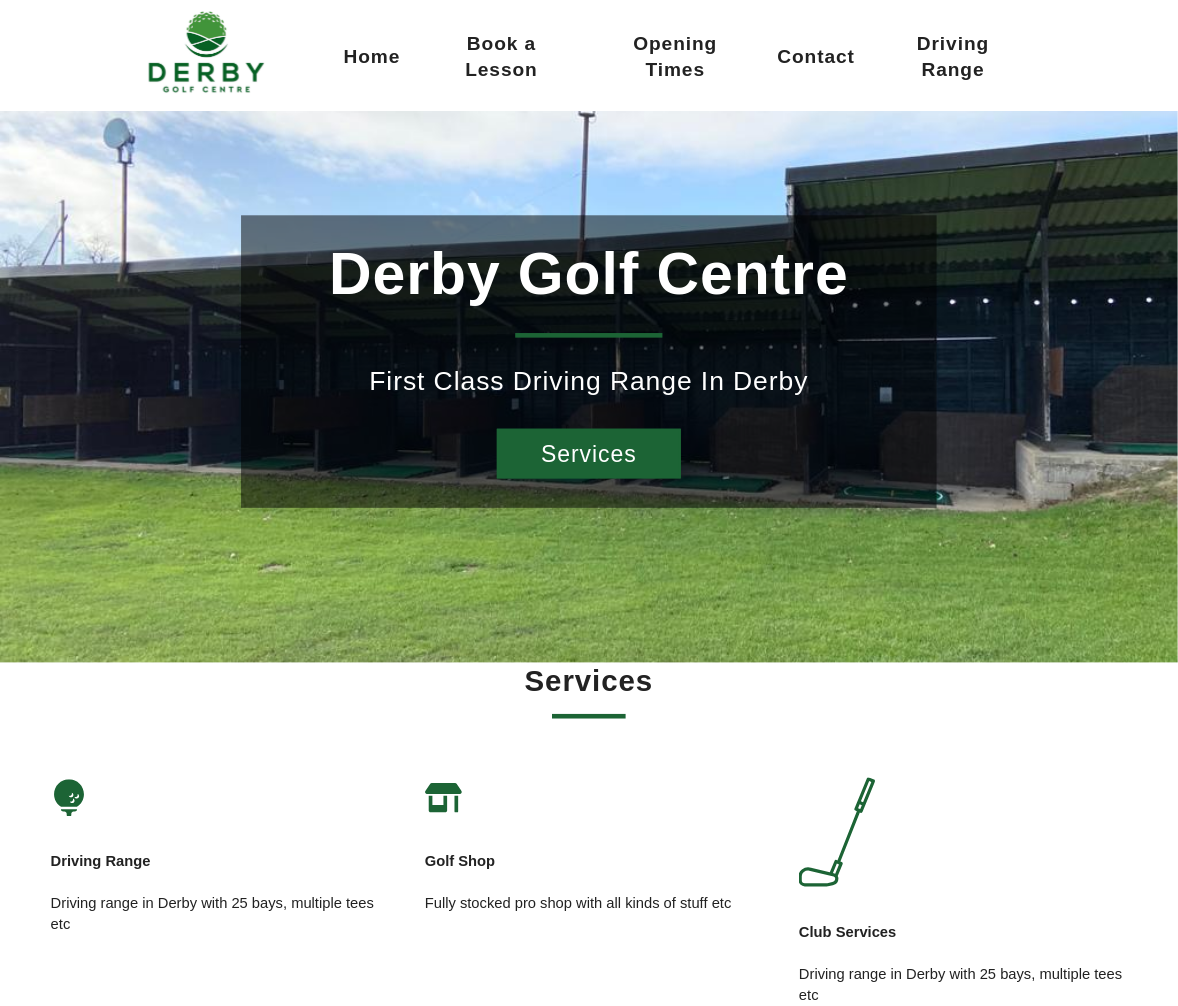
Repository: frankinstyyn/nigeljamesconsulting
Page: /
These files come from the project's save history. The page is drawn as it stood at one moment and after the next save; the edit follows.
The browser window is 1280 px wide. The pictures show the whole page, at 92% of full size.
Some web fonts or font styles are not loaded; a fallback is used. The project was rebuilt for these pictures with package versions that can differ from the ones it lists, and the page was loaded fresh each time. Also part of the build but not shown: src/pages/Lesson.js, src/pages/SingleRoom.js, src/pages/Error.js.

Above is the page before, as saved 2021-01-08 17:41:41.

### public/index.html
<!DOCTYPE html>
<html lang="en">
  <head>
    <meta charset="utf-8" />
    <link rel="icon" href="%PUBLIC_URL%/favicon.ico" />
    <meta name="viewport" content="width=device-width, initial-scale=1" />
    <meta name="theme-color" content="#000000" />
    <meta
      name="description"
      content="Web site created using create-react-app"
    />
    <link rel="apple-touch-icon" href="%PUBLIC_URL%/logo192.png" />
    <!--
      manifest.json provides metadata used when your web app is installed on a
      user's mobile device or desktop. See https://developers.google.com/web/fundamentals/web-app-manifest/
    -->
    <link rel="manifest" href="%PUBLIC_URL%/manifest.json" />
    <!--
      Notice the use of %PUBLIC_URL% in the tags above.
      It will be replaced with the URL of the `public` folder during the build.
      Only files inside the `public` folder can be referenced from the HTML.

      Unlike "/favicon.ico" or "favicon.ico", "%PUBLIC_URL%/favicon.ico" will
      work correctly both with client-side routing and a non-root public URL.
      Learn how to configure a non-root public URL by running `npm run build`.
    -->
    <title>Derby Golf Centre</title>
  </head>
  <body>
    <noscript>You need to enable JavaScript to run this app.</noscript>
    <div id="root"></div>
    <!--
      This HTML file is a template.
      If you open it directly in the browser, you will see an empty page.

      You can add webfonts, meta tags, or analytics to this file.
      The build step will place the bundled scripts into the <body> tag.

      To begin the development, run `npm start` or `yarn start`.
      To create a production bundle, use `npm run build` or `yarn build`.
    -->
  </body>
</html>

### src/index.js
import React from "react";
import ReactDOM from "react-dom";
import "./index.css";
import { BrowserRouter as Router } from "react-router-dom";
import App from "./App";
import reportWebVitals from "./reportWebVitals";

ReactDOM.render(
  <Router>
    <App />
  </Router>,
  document.getElementById("root")
);

// If you want to start measuring performance in your app, pass a function
// to log results (for example: reportWebVitals(console.log))
// or send to an analytics endpoint. Learn more: https://bit.ly/CRA-vitals
reportWebVitals();

### src/index.css
@import url("https://fonts.googleapis.com/css2?family=Darker+Grotesque:wght@300;800&display=swap");

body {
  margin: 0;
  font-family: -apple-system, BlinkMacSystemFont, "Segoe UI", "Roboto", "Oxygen",
    "Ubuntu", "Cantarell", "Fira Sans", "Droid Sans", "Helvetica Neue",
    sans-serif;
  -webkit-font-smoothing: antialiased;
  -moz-osx-font-smoothing: grayscale;
}

code {
  font-family: source-code-pro, Menlo, Monaco, Consolas, "Courier New",
    monospace;
}

### src/App.js
import "./App.css";
import Home from "./pages/Home";
import Lesson from "./pages/Lesson";
import SingleRoom from "./pages/SingleRoom";
import Error from "./pages/Error";

import { Route, Switch } from "react-router-dom";

import Navbar from "./components/Navbar";

function App() {
  return (
    <>
      <Navbar />
      <Switch>
        <Route exact path="/" component={Home} />
        <Route exact path="/lesson" component={Lesson} />
        <Route exact path="/lesson/:slug" component={SingleRoom} />
        <Route component={Error} />
      </Switch>
    </>
  );
}

export default App;

### src/App.css
* {
  margin: 0;
  padding: 0;
  box-sizing: border-box;
  font-family: "Darker Grotesque", sans-serif;
}
:root {
  --primaryColor: #1c6435;
  --mainWhite: #fff;
  --offWhite: #f7f7f7;
  --mainBlack: #222;
  --mainGrey: #ececec;
  --darkGrey: #cfcfcf;
  --mainTransition: all 0.3s linear;
  --mainSpacing: 1px;
  --lightShadow: 2px 5px 3px 0px rgba(0, 0, 0, 0.5);
  --darkShadow: 4px 10px 5px 0px rgba(0, 0, 0, 0.5);
}
/* globals */
body {
  padding-top: 66px;
  color: var(--mainBlack);
  background: var(--mainWhite);
  font-family: Verdana, Geneva, Tahoma, sans-serif;
  line-height: 1.4;
}
h1 {
  font-size: 3em;
  line-height: 1;
  margin-bottom: 0.5em;
}
h2 {
  font-size: 2em;
  margin-bottom: 0.75em;
}
h3 {
  font-size: 1.5em;
  line-height: 1;
  margin-bottom: 1em;
}
h4 {
  font-size: 1.2em;
  line-height: 1.25;
  margin-bottom: 1.25em;
}
h5 {
  font-size: 1em;
  font-weight: bold;
  margin-bottom: 1.5em;
}
h6 {
  font-size: 1em;
  font-weight: bold;
  margin-bottom: 1.5em;
}

.btn-primary {
  display: inline-block;
  text-decoration: none;
  letter-spacing: var(--mainSpacing);
  color: var(--mainWhite);
  background: var(--primaryColor);
  padding: 0.4rem 0.9rem;
  border: 3px solid var(--primaryColor);
  transition: var(--mainTransition);
  /* text-transform: uppercase; */
  cursor: pointer;
  width: 200px;
  font-size: 25px;
}
.btn-primary:hover {
  background: transparent;
  color: var(--primaryColor);
}
.loading {
  text-transform: capitalize;
  text-align: center;
  margin-top: 3rem;
}
.error {
  text-align: center;
  text-transform: uppercase;
  margin: 2rem 0;
}
.empty-search {
  text-align: center;
  text-transform: capitalize;
  margin: 2rem 0;
  padding: 1rem;
  letter-spacing: var(--mainSpacing);
}
/* end of globals */
/* Navbar */
.logo {
  height: 91px;
}
.navbar {
  position: fixed;
  top: 0;
  left: 0;
  width: 100%;
  padding: 0.75rem 2rem;
  background: var(--mainWhite);
  z-index: 1;
  display: inline-block;
  vertical-align: middle;
  text-align: center;
}
.nav-header {
  display: flex;
  justify-content: space-between;
}
.nav-btn {
  background: transparent;
  border: none;
  cursor: pointer;
  outline: none;
  color: red;
}
.nav-icon {
  font-size: 1.5rem;
  color: var(--primaryColor);
}
.nav-links {
  height: 0;
  overflow: hidden;
  transition: var(--mainTransition);
  list-style-type: none;
  align-items: center;
}
.nav-links a {
  display: block;
  text-decoration: none;
  padding: 1rem;
  color: var(--mainBlack);
  transition: var(--mainTransition);
  text-align: center;
  font-size: 1.3rem;
  font-weight: 600;
  letter-spacing: var(--mainSpacing);
}
.nav-links a:hover {
  color: var(--mainWhite);
  background: var(--primaryColor);
}

.show-nav {
  height: 310px;
}
@media screen and (min-width: 1028px) {
  .nav-btn {
    display: none;
  }
  .nav-center {
    max-width: 1170px;
    margin: 0 10%;
    display: flex;
  }
  .nav-links {
    height: auto;
    display: flex;
    margin-left: 4rem;
  }
  .nav-links a {
    /* margin: 0 1rem; */
    padding: 1rem;
  }
}
/* end of navbar */
/* Hero */
.defaultHero,
.lessonHero {
  min-height: calc(100vh - 66px);
  background: url("./images/defaultBcg.jpeg") center/cover no-repeat;
  display: flex;
  align-items: center;
  justify-content: center;
}
.lessonHero {
  background-image: url("./images/room-2.jpeg");
  /* min-height: 60vh; */
}
/* End of Hero */
/* Banner */
.banner {
  display: inline-block;
  background: rgba(0, 0, 0, 0.5);
  color: var(--mainWhite);
  padding: 2rem 1rem;
  text-align: center;
  text-transform: capitalize;
  letter-spacing: var(--mainSpacing);
}
.banner h1 {
  font-size: 2.5rem;
}
.banner div {
  width: 10rem;
  height: 5px;
  background: var(--primaryColor);
  margin: 1.7rem auto;
}
.banner p {
  font-size: 1.8rem;
  margin-bottom: 2rem;
}
@media screen and (min-width: 576px) {
  .banner {
    padding: 2rem 3rem;
  }
  .banner h1 {
    font-size: 3rem;
  }
}
@media screen and (min-width: 992px) {
  .banner {
    padding: 2rem 6rem;
  }
  .banner h1 {
    font-size: 4rem;
  }
}
/* End of Banner */
/* Title */
.section-title {
  text-align: center;
  margin-bottom: 4rem;
}
.section-title h4 {
  font-size: 2rem;
  letter-spacing: var(--mainSpacing);
  text-transform: capitalize;
  margin-bottom: 1rem;
}
.section-title div {
  width: 5rem;
  height: 5px;
  margin: 0 auto;
  background: var(--primaryColor);
}
/* end of Title */

/* services */
.services {
  padding: 5rem 0;
}
.services {
  background: var(--darkGrey);
  text-align: center;
}
.services-center {
  width: 90vw;
  margin: 0 auto;
  display: grid;
  grid-template-columns: repeat(auto-fit, minmax(255px, 1fr));
  grid-row-gap: 2rem;
  grid-column-gap: 50px;
}
.service span {
  display: inline-block;
  color: var(--primaryColor);
  font-size: 2.5rem;
  margin-bottom: 1.5rem;
}
.services h6 {
  letter-spacing: var(--mainSpacing);
}
.services p {
  width: 80%;
  margin: 0 auto;
}

.services img {
  width: 50px;
}
@media screen and (min-width: 992px) {
  .services-center {
    width: 95vw;
    max-width: 1170px;
  }
}

@media screen and (min-width: 1200px) {
  .services p {
    width: 100%;
  }
}
/*end of services */
/* featured rooms */

.featured-rooms {
  padding: 5rem 0;
}
.featured-rooms-center {
  width: 80vw;
  margin: 0 auto;
  display: grid;
  grid-template-columns: repeat(auto-fit, minmax(270px, 1fr));
  grid-row-gap: 2rem;
  grid-column-gap: 40px;
}
@media screen and (min-width: 776px) {
  .featured-rooms-center {
    width: 90vw;
    grid-template-columns: repeat(auto-fit, minmax(330px, 1fr));
  }
}
@media screen and (min-width: 992px) {
  .featured-rooms-center {
    width: 95vw;
    max-width: 1170px;
  }
}
/* end pf featured rooms */
/* room */
.room {
  box-shadow: var(--lightShadow);
  transition: var(--mainTransition);
}
.room:hover {
  box-shadow: var(--darkShadow);
}

.img-container {
  position: relative;
}
.img-container img {
  width: 100%;
  display: block;
  transition: var(--mainTransition);
}
.price-top {
  position: absolute;
  top: 0;
  left: 0;
  background: rgba(0, 0, 0, 0.8);
  color: var(--mainWhite);
  padding: 0.3rem 0.6rem 0.5rem;
  border-bottom-right-radius: 1rem;
  font-size: 0.5rem;
  text-align: center;
  transition: var(--mainTransition);
}
.price-top h6 {
  margin-bottom: 0;
  font-size: 0.9rem;
  font-weight: 300;
  letter-spacing: var(--mainSpacing);
}
.room-link {
  position: absolute;
  top: 50%;
  left: 50%;
  transform: scale(0);
  transition: all 0.3s linear;
}
.img-container:hover {
  background: rgba(0, 0, 0, 0.8);
}
.img-container:hover img {
  opacity: 0.3;
}
.img-container:hover .price-top {
  opacity: 0;
}
.img-container:hover .room-link {
  transform: translate(-50%, -50%) scale(1);
}
.room-info {
  background: var(--darkGrey);
  text-transform: capitalize;
  padding: 0.5rem 0;
  text-align: center;
  font-weight: 700;
  letter-spacing: var(--mainSpacing);
}
/* end of room  */
/* single room*/

.single-room {
  padding: 5rem 0 0 0;
}
.single-room-images {
  width: 80vw;
  margin: 0 auto;
  display: grid;
  grid-template-columns: repeat(auto-fit, minmax(350px, 1fr));
  grid-row-gap: 2rem;
  grid-column-gap: 50px;
}
.single-room-images img {
  width: 100%;
  display: block;
}
.single-room-info {
  width: 80vw;
  display: grid;
  grid-template-columns: 1fr;
  margin: 2rem auto;
}
.desc,
.info {
  margin: 1rem 0;
}
.desc h3 {
  text-transform: capitalize;
  letter-spacing: var(--mainSpacing);
}
.desc p {
  line-height: 1.5;
}
.info h3,
.info h6 {
  text-transform: capitalize;
  letter-spacing: var(--mainSpacing);
}

.info h6 {
  font-weight: 300;
}
.room-extras {
  width: 80vw;
  margin: 0 auto 3rem auto;
}
.room-extras h6 {
  text-transform: capitalize;
  letter-spacing: var(--mainSpacing);
}
.extras {
  list-style-type: none;
  display: grid;
  grid-template-columns: repeat(auto-fit, minmax(330px, 1fr));
  grid-column-gap: 2rem;
  grid-row-gap: 1rem;
}
@media screen and (min-width: 992px) {
  .single-room-images,
  .single-room-info,
  .room-extras {
    width: 95vw;
    max-width: 1170px;
  }
  .single-room-info {
    display: grid;
    grid-template-columns: 1fr 1fr;
    grid-column-gap: 2rem;
  }
  .info {
    padding-left: 3rem;
  }
}
/* end of single room*/
/* roomlist */
.roomslist {
  padding: 5rem 0;
}
.roomslist-center {
  width: 80vw;
  margin: 0 auto;
  display: grid;
  grid-template-columns: repeat(auto-fill, minmax(270px, 1fr));
  grid-row-gap: 2rem;
  grid-column-gap: 30px;
}

@media screen and (min-width: 776px) {
  .roomslist-center {
    width: 90vw;
  }
}
@media screen and (min-width: 992px) {
  .roomslist-center {
    width: 95vw;
    max-width: 1170px;
  }
}
/* end of roomlist */
/*  rooms fitler*/
.filter-container {
  padding: 5rem 0;
}
.filter-form {
  width: 60vw;
  margin: 0 auto;
  display: grid;
  grid-template-columns: repeat(auto-fit, minmax(202px, 1fr));
  grid-row-gap: 2rem;
  grid-column-gap: 40px;
}
.form-group {
  text-transform: capitalize;
}
.form-group label {
  display: block;
  letter-spacing: var(--mainSpacing);
  margin-bottom: 0.5rem;
}
.form-control {
  width: 100%;
  background: transparent;
  font-size: 1rem;
}
.size-inputs {
  display: flex;
}
.size-input {
  width: 40%;
  padding: 0.2rem;
  border: 1px solid var(--mainBlack);
  border-radius: 0.3rem;
  margin-right: 0.3rem;
}
.single-extra label {
  display: inline-block;
  font-size: 0.8rem;
  margin-left: 0.5rem;
}
@media screen and (min-width: 776px) {
  .filter-form {
    width: 70vw;
  }
}
@media screen and (min-width: 992px) {
  .filter-form {
    width: 95vw;
    max-width: 1170px;
  }
}
/* end of rooms fitler*/

### src/pages/Home.js
import React from "react";
import Hero from "../components/Hero";
import Banner from "../components/Banner";
import { Link } from "react-router-dom";
import Services from "../components/Services"

export default function Home() {
  return (
    <>
    <Hero hero="defaultHero" >
      <Banner title="Derby Golf Centre" subtitle="First class Driving Range in Derby">
        <Link to="/lesson" className="btn-primary">
          Services
      </Link>
      </Banner>
      </Hero>
      <Services />
      </>
  );
}

### src/components/Navbar.js
import React, { Component } from "react";
// import { IoGolf } from "react-icons/io5";
import logo from "../images/sdrlogo.jpeg";
import { FaAlignRight } from "react-icons/fa";
import { Link } from "react-router-dom";

export default class Navbar extends Component {
  state = {
    isOpen: false,
  }
  handleToggle = () => {
    this.setState({ isOpen: !this.state.isOpen });
  }
  render() {
    return <nav className="navbar">
      <div class="nav-center">
        <div class="nav-header">
          <Link to="/">
            <img className="logo" src={logo} alt="Derby Golf Centre" />
          </Link>
          <button type="button" className="nav-btn" onClick={this.handleToggle}>
            <FaAlignRight className="nav-icon" />
          </button>
        </div>
        <ul className={this.state.isOpen ? "nav-links show-nav" : "nav-links"}>
          <li>
            <Link to="/">Home</Link>
          </li>
          <li>
            <Link to="/lesson">Book a Lesson</Link>
          </li>
          <li>
            <Link to="/opening-times">Opening Times</Link>
          </li>
          <li>
            <Link to="/contact">Contact</Link>
          </li>
          <li>
            <Link to="/driving-range">Driving Range</Link>
          </li>
        </ul>
      </div>
    </nav>;
  }
}

### src/components/Hero.js
import React from 'react'

export default function Hero({children, hero}) {
    return (
        <header className={hero}>{children}</header>
    )
}

### src/components/Banner.js
import React from 'react'

export default function Banner({children,title,subtitle}) {
    return (
        <div className="banner">
            <h1>{title}</h1>
            <div></div>
            <p>{subtitle}</p>
            {children}
        </div>
    )
}

### src/components/Services.js
import React, { Component } from 'react'
import { FaGolfBall, FaStoreAlt } from 'react-icons/fa'
import golfclub from '../images/golf-club.svg'
import Title from "./Title"


export default class Services extends Component {
    state = {
        services: [
            {
                icon: <FaGolfBall />,
                title: "Driving Range",
                info: "Driving range in Derby with 25 bays, multiple tees etc"
            },
            {
                icon: <FaStoreAlt />,
                title: "Golf Shop",
                info: "Fully stocked pro shop with all kinds of stuff etc"
            },
            {
                icon: <img src={golfclub} className="servicesImg" alt="Club Services"/>,
                title: "Club Services",
                info: "Driving range in Derby with 25 bays, multiple tees etc"
            }
        ]
    };
    render() {
        return (
            <section className="Services">
                <Title title="services" />
                <div className="services-center">
                    {this.state.services.map((item, index) => {
                        return (
                            <article key={index} className="service">
                                <span>{item.icon}</span>
                                <h6>{item.title}</h6>
                                <p>{item.info}</p>
                            </article>
                        )
                    })}
                </div>
            </section>
        )
    }
}

Loaded but not shown: src/reportWebVitals.js (common file); src/components/Title.js (common file)

After the next save:
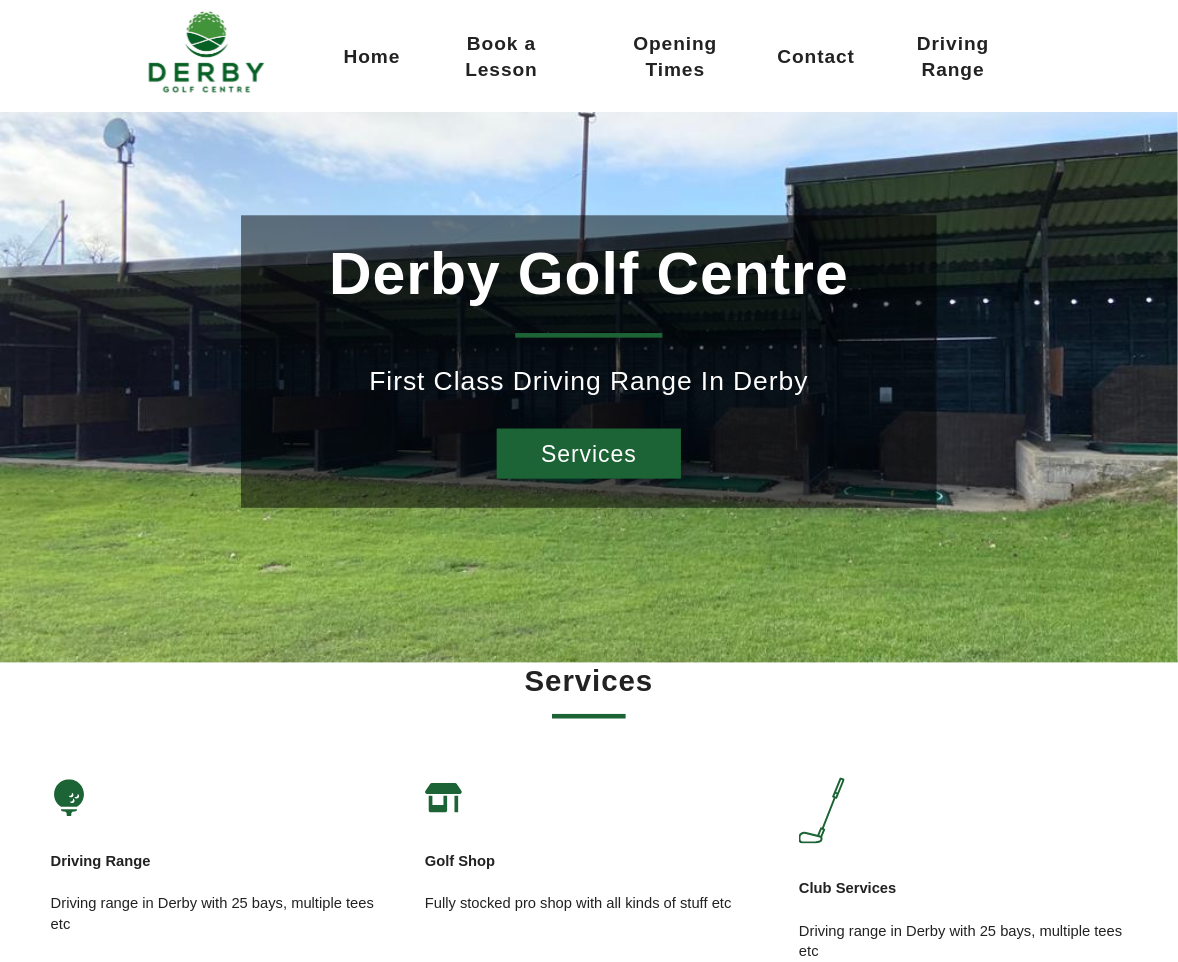
Saved 11 s later.
--- a/src/App.css
+++ b/src/App.css
@@ -270,7 +270,7 @@
   margin: 0 auto;
 }
 
-.services img {
+.servicesImg {
   width: 50px;
 }
 @media screen and (min-width: 992px) {
